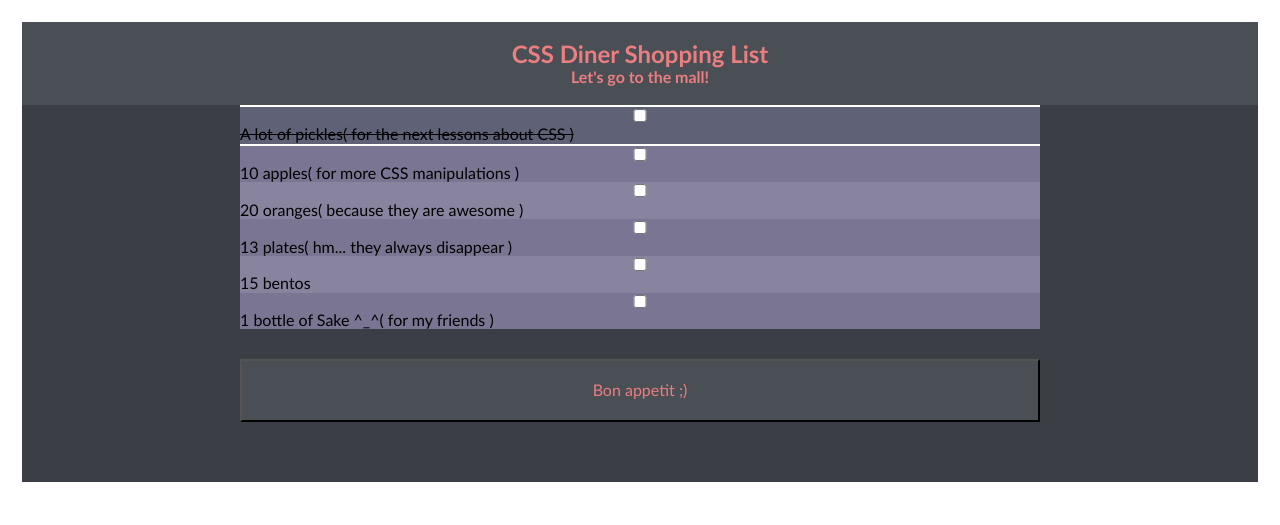
Repository: shpakovskaya/github.io
Page: selector css/shopping list/index.html
An editor plug-in stored every save of this project. The page is shown before and after the next save, followed by the edit.
The browser window is 1280 px wide. The pictures show the whole page.
The pointer rests on the first visible `.item`.

Above is the page before, as saved 2021-11-08 18:26:41.

### selector css/shopping list/index.html
<!DOCTYPE html>
<html lang="en">
  <head>
    <meta charset="UTF-8" />
    <meta http-equiv="X-UA-Compatible" content="IE=edge" />
    <meta name="viewport" content="width=device-width, initial-scale=1.0" />
    <title>Shopping list</title>
    <link rel="shortcut icon" href="./favicon.ico" type="image/x-icon" />
    <link
      rel="stylesheet"
      href="https://cdnjs.cloudflare.com/ajax/libs/normalize/8.0.1/normalize.min.css"
      integrity="sha512-NhSC1YmyruXifcj/KFRWoC561YpHpc5Jtzgvbuzx5VozKpWvQ+4nXhPdFgmx8xqexRcpAglTj9sIBWINXa8x5w=="
      crossorigin="anonymous"
      referrerpolicy="no-referrer"
    />
    <link rel="stylesheet" href="./style.css" />
  </head>
  <body>
    <div class="container">
      <header class="header">
        <header class="header__wrapper">
          <br />
          <h2>CSS Diner Shopping List</h2>
          <h4>Let's go to the mall!</h4>
          <br />
        </header>
      </header>
      <div class="list">
        <form class="list__wrapper">
          <div class="c-list__wrapper">
            <div class="item">
              <input type="checkbox" id="pickles" name="pickles" />
              <label for="pickles">
                <span class="e-pickles">A lot of pickles</span></label
              >
            </div>
            <div class="item">
              <input type="checkbox" id="apples" name="apples" />
              <label for="apples">
                <span class="e-apples">10 apples</span>
              </label>
            </div>
            <div class="item">
              <input type="checkbox" id="oranges" name="oranges" />
              <label for="oranges"
                ><span class="e-oranges">20 oranges</span>
              </label>
            </div>
            <div class="item">
              <input type="checkbox" id="plates" name="plates" />
              <label for="plates"
                ><span class="e-plates">13 plates</span></label
              >
            </div>
            <div class="item">
              <input type="checkbox" id="bentos" name="bentos" />
              <label for="bentos"
                ><span class="e-bentos">15 bentos</span></label
              >
            </div>
            <div class="item">
              <input type="checkbox" id="bottle" name="bottle" />
              <label for="bottle"
                ><span class="e-bottle">1 bottle of Sake ^_^</span></label
              >
            </div>
          </div>
          <div class="submit">
            <input type="submit" class="bon__wrapper" value="Bon appetit ;)" />
          </div>
        </form>
      </div>
    </div>
  </body>
</html>

### selector css/shopping list/style.css
* {
  margin: 0;
  padding: 0;
  box-sizing: border-box;
  width: 100%;
  transition: all 0.1s ease-in;
}

.container {
  width: 100%;
  max-width: 1920px;
  height: 100%;
  /* box-sizing: border-box; */
  background: #3b3f45;
  border: #ffff solid 22px;
  font-family: "Trebuchet MS", Arial, sans-serif;
}
.header__wrapper {
  width: 100%;
  height: 20%;
  color: #eb7e7f;
  background: #4a4f56;
  text-align: center;
}

.list {
  display: flex;
  justify-content: center;
}

.list__wrapper {
  /* box-sizing: border-box; */
  width: 800px;
  background-color: #88839e;
}

/* .list__wrapper label {
  white-space: nowrap;
} */

.c-list__wrapper {
  /* margin-bottom: 20%; */
  border-bottom: 10px;
  border-color: #3b3f45;
}

.e-pickles::after {
  content: "( for the next lessons about CSS )";
  font-size: 16px;
}

.e-apples::after {
  content: "( for more CSS manipulations )";
  font-size: 16px;
}

.e-oranges::after {
  content: "( because they are awesome )";
  font-size: 16px;
}

.e-plates::after {
  content: "( hm... they always disappear )";
  font-size: 16px;
}

.e-bottle::after {
  content: "( for my friends )";
  font-size: 16px;
}

.e-pickles::before {
  content: initial;
  padding-right: 7px;
}

.submit {
  padding-top: 30px;
  background-color: #3b3f45;
  display: flex;
  justify-content: center;
  padding-bottom: 60px;
}

.bon__wrapper {
  width: 800px;
  /* box-sizing: border-box; */
  background: #4a4f56;
  color: #eb7e7f;
  padding: 20px 0 20px 0;
}

/* input[type="checkbox"] :checked {
  border: 2px solid white;
  text-decoration: line-through;
} */

.item:nth-child(2n) {
  background-color: #7a7593;
}

.item:hover {
  text-decoration: line-through;
  background-color: #5f6176;
  border-bottom: 2px solid #ffff;
  border-top: 2px solid #ffff;
}
#pickles > span::before {
}

After the next save:
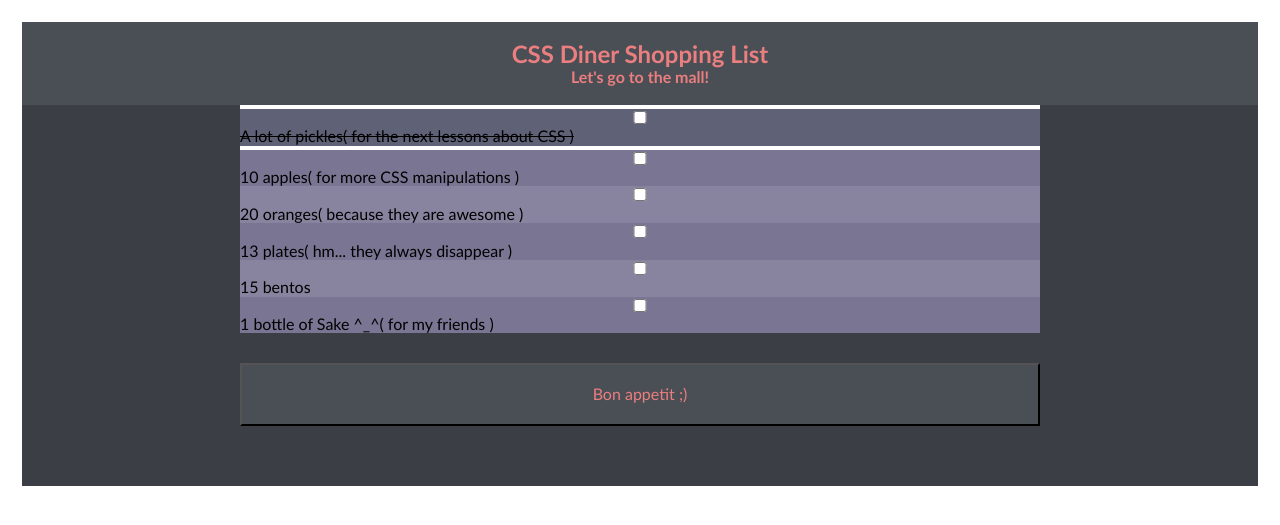
Saved 13 s later.
--- a/selector css/shopping list/style.css
+++ b/selector css/shopping list/style.css
@@ -102,8 +102,8 @@
 .item:hover {
   text-decoration: line-through;
   background-color: #5f6176;
-  border-bottom: 2px solid #ffff;
-  border-top: 2px solid #ffff;
+  border-bottom: 4px solid #ffff;
+  border-top: 4px solid #ffff;
 }
 #pickles > span::before {
 }
